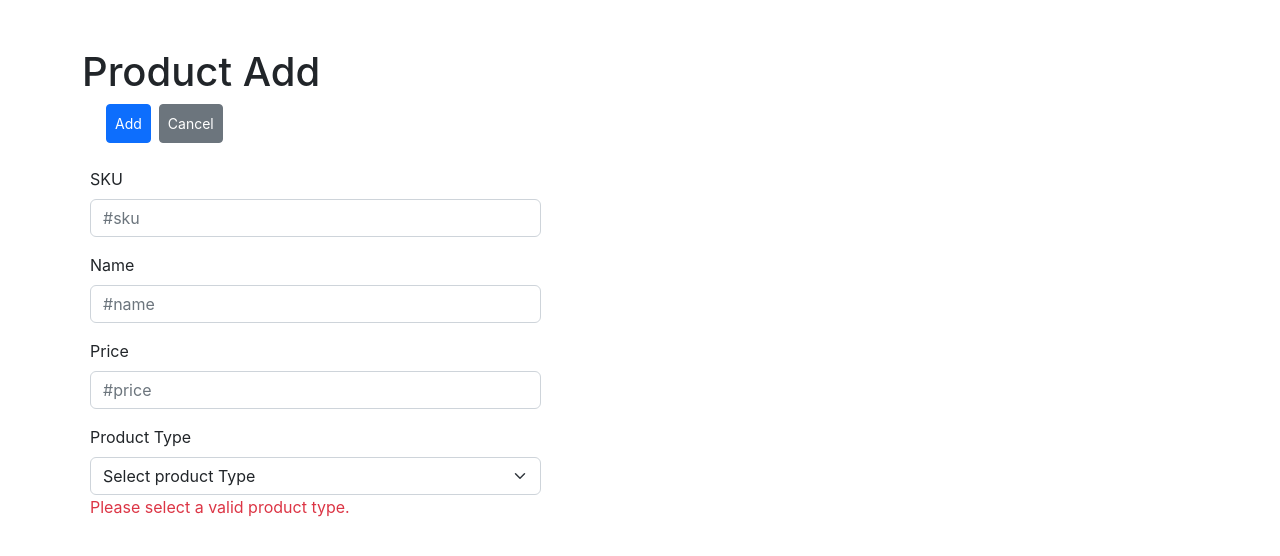
Repository: MagdyAbouelnasr/scandiweb_project
Page: /addproduct
An editor plug-in stored every save of this project. The page is shown before and after the next save, followed by the edit.
The browser window is 1280 px wide. The pictures show the whole page.
The project was rebuilt for these pictures with package versions that can differ from the ones it lists, and the page was loaded fresh each time. Also part of the build but not shown: src/App.css, src/components/Product/Product-style.scss, src/components/Product/Product.css, src/components/Pages/ProductList.jsx, src/components/ProductAdd/Book.component.jsx, src/components/ProductAdd/DVD.component.jsx, src/components/ProductAdd/Furniture.component.jsx, src/App.jsx.

Above is the page before, as saved 2023-05-09 01:22:21.

After the next save:
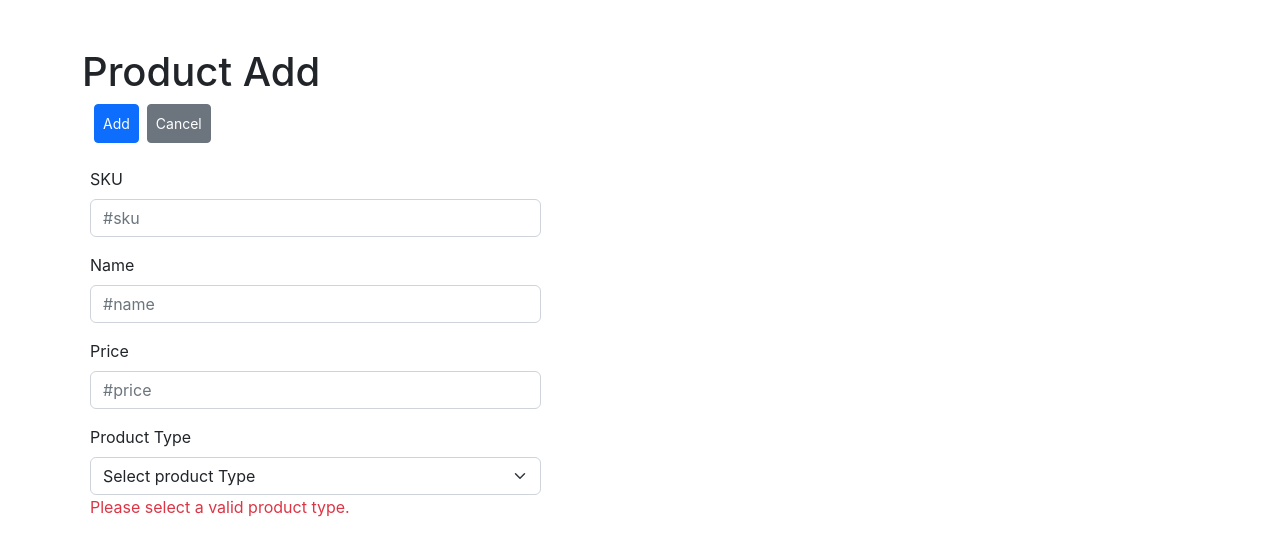
Saved 5 s later.
--- a/src/components/Pages/ProductAdd.jsx
+++ b/src/components/Pages/ProductAdd.jsx
@@ -127,7 +127,7 @@ function ProductAdd() {
       <div className="container  mt-5">
         <div className="row">
           <h1 className="page-header text-header col-md-8 text-start ">Product Add</h1>
-          <div className="col-4 float-end align-right ms-3">
+          <div className="col-4 float-end align-right ms-1">
             <Button type="submit" className="p-2 ms-2" variant="primary" size="sm">
               Add
             </Button>
